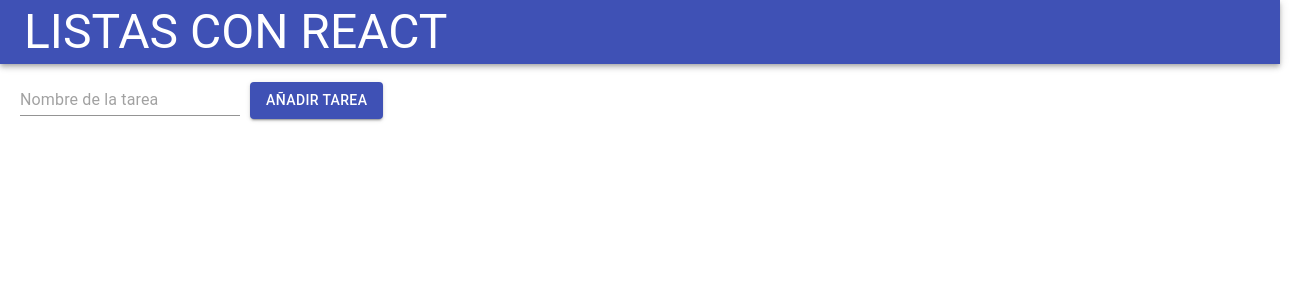
Repository: Salvaaragon/ItemListReact
Page: /
An editor plug-in stored every save of this project. The page is shown before and after the next save, followed by the edit.
The browser window is 1280 px wide. The page is 1314 px wide, so the pictures cover 1314 px, including what lies to the right of the window. The pictures show the whole page.
The project was rebuilt for these pictures with package versions that can differ from the ones it lists, and the page was loaded fresh each time. Also part of the build but not shown: src/components/TasksListItem.tsx.

Above is the page before, as saved 2019-08-04 11:44:27.

### src/App.tsx
import React, { Component } from 'react';
import { Task } from './models/task';
import { NewTaskForm } from './components/NewTaskForm';
import { TasksList } from './components/TaskList';
import AppBar from '@material-ui/core/AppBar';
import Toolbar from '@material-ui/core/Toolbar';
import Typography from '@material-ui/core/Typography';

interface State {
	newTask: Task;
	tasks: Task[];
}

class App extends Component<{}, State> {

	private addTask = (event: React.FormEvent<HTMLFormElement>) => {
		event.preventDefault();

		this.setState(previousState => ({
			newTask: {
				id: previousState.newTask.id + 1,
				name: ""
			},
			tasks: [...previousState.tasks, previousState.newTask]
		}));
	};

	private handleTaskChange = (event: React.ChangeEvent<HTMLInputElement>) => {
		this.setState({
			newTask: {
				...this.state.newTask,
				name: event.target.value
			}
		});
	};

	private deleteTask = (taskToDelete: Task) => {
		this.setState(previousState => ({
			tasks: [
				...previousState.tasks.filter(task => task.id !== taskToDelete.id)
			]
		}));
	};


	state = {
		newTask: {
			id: 1,
			name: ""
		},
		tasks: []
	}

	render() {
		return(
			<div>
				<AppBar position="static" color="primary">
					<Toolbar>
						<Typography variant="h3" color="inherit">
							LISTAS CON REACT
						</Typography>
					</Toolbar>
				</AppBar>
				<NewTaskForm
					task={this.state.newTask}
					onAdd={this.addTask}
					onChange={this.handleTaskChange}
				/>
				<TasksList tasks={this.state.tasks} onDelete={this.deleteTask}/>
			</div>
		)
	}
}

export default App;

### src/components/NewTaskForm.tsx
import React, { FunctionComponent } from "react";
import { Task } from "../models/task";
import ReactDOM from 'react-dom';
import Button from '@material-ui/core/Button';
import Input from '@material-ui/core/Input';
import Grid from '@material-ui/core/Grid';

var myStyle = {
    margin: "10px",
};

interface Props {
    onChange: (event: React.ChangeEvent<HTMLInputElement>) => void;
    onAdd: (event: React.FormEvent<HTMLFormElement>) => void;
    task: Task;
}

export const NewTaskForm: FunctionComponent<Props> = ({
    onChange,
    onAdd,
    task,
}) => (
    <Grid container spacing={3} style={myStyle}>
        <form onSubmit={onAdd}>
            <Input onChange={onChange} value={task.name} style={myStyle} placeholder="Nombre de la tarea"/>
            <Button variant="contained" color="primary" type="submit">Añadir tarea</Button>
        </form>
    </Grid>
);

### src/components/TaskList.tsx
import React, { FunctionComponent } from "react";

import { Task } from "../models/task";
import { TaskListItem } from "./TasksListItem";

interface Props {
  tasks: Task[];
  onDelete: (task: Task) => void;
}

export const TasksList: FunctionComponent<Props> = ({ tasks, onDelete }) => (
  <ul>
    {tasks.map(task => (
      <TaskListItem task={task} onDelete={onDelete} />
    ))}
  </ul>
);

Loaded but not shown: public/index.html (common file); src/index.tsx (common file); src/index.css (common file); src/serviceWorker.ts (common file)

After the next save:
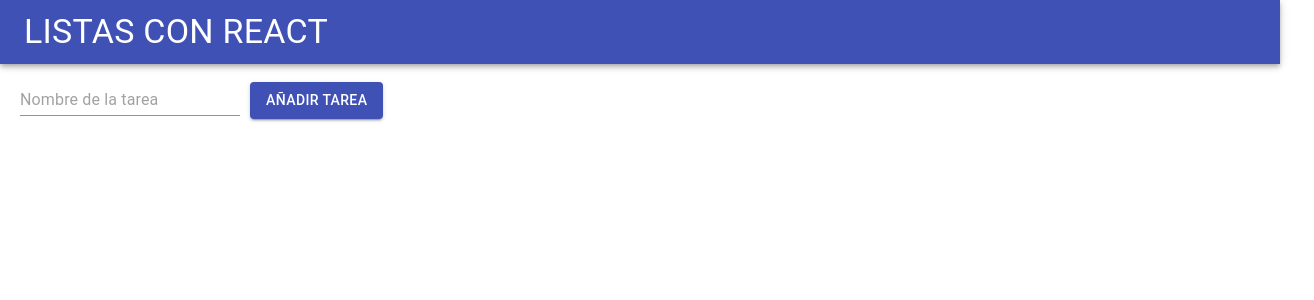
Saved 4 s later.
--- a/src/App.tsx
+++ b/src/App.tsx
@@ -56,7 +56,7 @@ class App extends Component<{}, State> {
 			<div>
 				<AppBar position="static" color="primary">
 					<Toolbar>
-						<Typography variant="h3" color="inherit">
+						<Typography variant="h4" color="inherit">
 							LISTAS CON REACT
 						</Typography>
 					</Toolbar>
